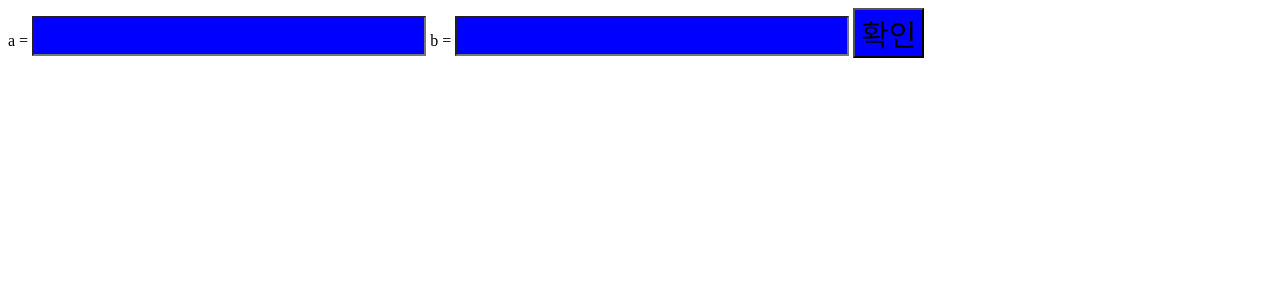
Repository: zero1128/20201113
Page: http://localhost/20201103/b.jsp
The author's editor kept a copy of each file at every save. The page is drawn from the files as they stood at one save, then again after the next save.
The browser window is 1280 px wide. The pictures show the whole page.
The page is served by Tomcat 9.

Above is the page before, as saved 2020-11-03 02:35:02.

After the next save:
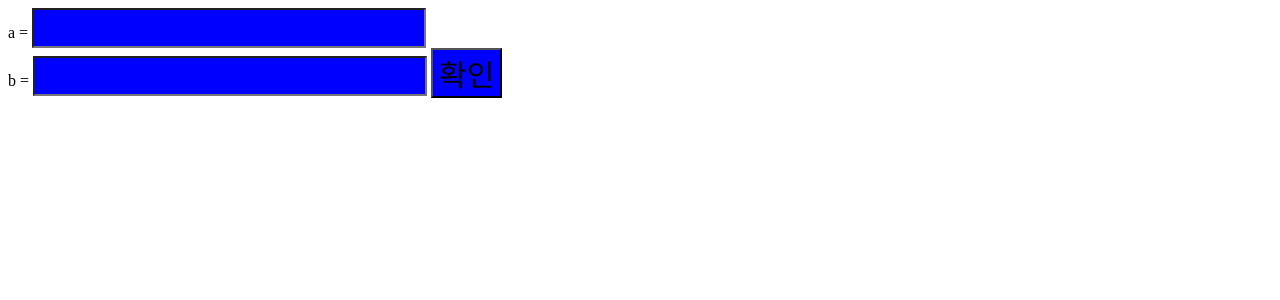
Saved 11 s later.
--- a/20201103/WebContent/b.jsp
+++ b/20201103/WebContent/b.jsp
@@ -14,7 +14,7 @@
 </head>
 <body>
 	<form action="BMove" method="get">
-		a = <input type="text" name="a"/>
+		a = <input type="text" name="a"/><br/>
 		b = <input type="text" name="b"/>
 		<input type="submit" value="확인"/>
 	</form>
